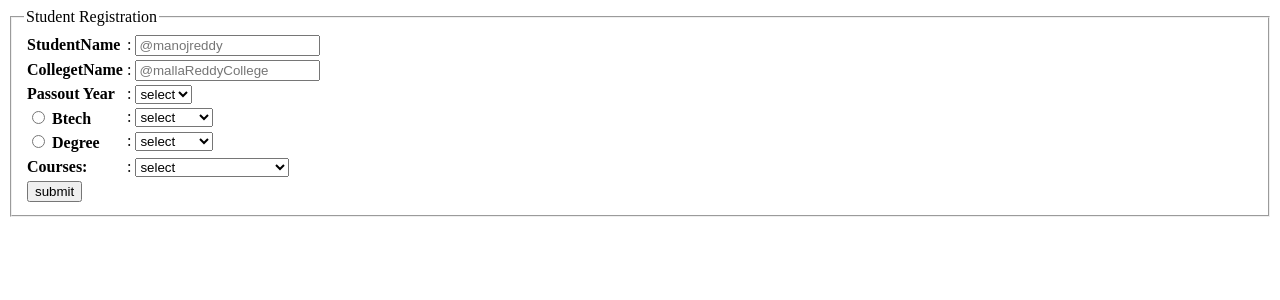
Repository: JanapatlaManojReddy/java
Page: http://localhost/institutionProject/StudentRegistration.jsp
The author's editor kept a copy of each file at every save. The page is drawn from the files as they stood at one save, then again after the next save.
The browser window is 1280 px wide. The pictures show the whole page.
The page is served by Tomcat 9. Other server files are loaded and not shown.

Above is the page before, as saved 2023-08-19 15:04:46.

### institutionProject/src/main/webapp/StudentRegistration.jsp
<%@ page language="java" contentType="text/html; charset=ISO-8859-1"
    pageEncoding="ISO-8859-1"%>
<!DOCTYPE html>
<html>
<head>
<meta charset="ISO-8859-1">
<title>Insert title here</title>
</head>
<body>
<form>
<fieldSet action="studentServlet">
<legend>Student Registration</legend>
<div>
<table>

<tr>
<th align="left">
<lable for="sname">StudentName</lable>
</th>

<td>:
<input type="text" name="studentName" placeholder="@manojreddy" required autocomplete="off">
</td>
</tr>

<tr>

<th align="left">
<lable for="cname" align="left">CollegetName</lable></th>
<td>:
<input type="text" name="collegeName" placeholder="@mallaReddyCollege" required>
</td>

</tr>
<th align="left">
<lable for="pyear">Passout Year</lable>
</th>
<td>:
<select id="pyear" name="pyear">
<option value="select" selected>select</option>
<option value="2018">2018</option>
<option value="2019">2019</option>
<option value="2020">2020</option>
<option value="2021">2021</option>
<option value="2022">2022</option>
<option value="2023">2023</option>


</select>
</td>
</tr>

<tr>
<th align="left">
<input type="radio" name="btech">
<lable for="stream" >Btech</lable>
</th>
<td>:
<select id ="stream" name="stream" >
<option value="select" selected>select</option>
<option value ="EEE">EEE</option>
<option value ="ECE">ECE</option>
<option value ="CSE">CSE</option>
<option value ="CIVIL">CIVIL</option>
<option value ="MECH">MECH</option>
<option value ="OTHERS">OTHERS</option>
</select>
</td>
</tr>
<tr>
<th align="left">
<input type="radio" name="btech">
<lable for="stream">Degree</lable></th>
<td>:
<select id ="stream" name="stream" >
<option value="select" selected>select</option>
<option value ="EEE">EEE</option>
<option value ="ECE">ECE</option>
<option value ="CSE">CSE</option>
<option value ="CIVIL">CIVIL</option>
<option value ="MECH">MECH</option>
<option value ="OTHERS">OTHERS</option>
</select>
</td>
</tr>
<tr>

<tr>
<th align="left">
<lable for="courses">Courses:</lable></th>
<td>:
<select id ="courses" name="courses">
<option value="select" selected>select</option>
<option value="JAVAFULLSTACK">JAVAFULLSTACK </option>
<option value="PYTHONFULLSTACK">PYTHONFULLSTACK </option>
<option value="JAVA">JAVA</option>
<option value="HTML/CSS">HTML/CSS </option>
<option value="ANGULAR/REACT">ANGULAR/REACT </option>
</select>
</td>
</tr>
<tr>
<td>
<input type="submit" value="submit">
</td>
</tr>

</table>
</div>

</fieldSet>
</form>

</body>
</body>
</html>

After the next save:
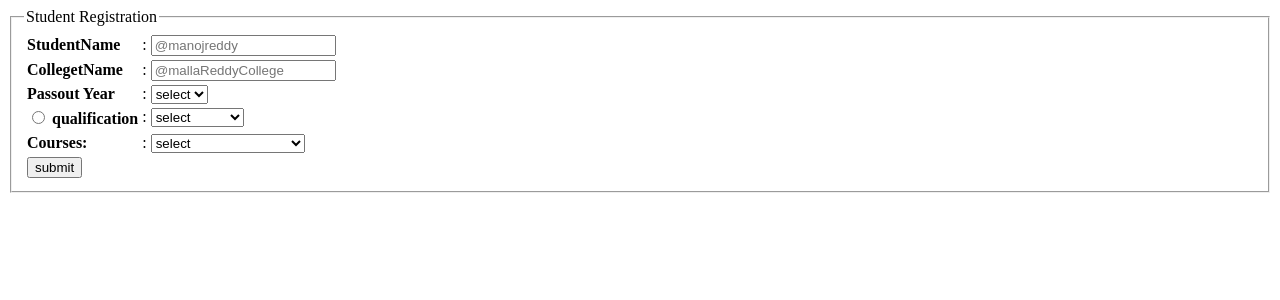
Saved 10 min 1 s later.
--- a/institutionProject/src/main/webapp/StudentRegistration.jsp
+++ b/institutionProject/src/main/webapp/StudentRegistration.jsp
@@ -53,36 +53,30 @@
 <tr>
 <th align="left">
 <input type="radio" name="btech">
-<lable for="stream" >Btech</lable>
+<lable for="stream" >qualification</lable>
 </th>
 <td>:
 <select id ="stream" name="stream" >
 <option value="select" selected>select</option>
+<optgroup lable="Btech">
 <option value ="EEE">EEE</option>
 <option value ="ECE">ECE</option>
 <option value ="CSE">CSE</option>
 <option value ="CIVIL">CIVIL</option>
 <option value ="MECH">MECH</option>
+<option value ="OTHERS">OTHERS</option></optgroup>
+<optgroup lable="degree">
+<option value ="BSC">BSC</option>
+<option value ="MPCS">MPCS</option>
+<option value ="BCOM">BCOM</option>
+<option value ="BA">BA</option>
+<option value ="CS">CS</option>
 <option value ="OTHERS">OTHERS</option>
+</optgroup>
 </select>
 </td>
 </tr>
-<tr>
-<th align="left">
-<input type="radio" name="btech">
-<lable for="stream">Degree</lable></th>
-<td>:
-<select id ="stream" name="stream" >
-<option value="select" selected>select</option>
-<option value ="EEE">EEE</option>
-<option value ="ECE">ECE</option>
-<option value ="CSE">CSE</option>
-<option value ="CIVIL">CIVIL</option>
-<option value ="MECH">MECH</option>
-<option value ="OTHERS">OTHERS</option>
-</select>
-</td>
-</tr>
+
 <tr>
 
 <tr>
